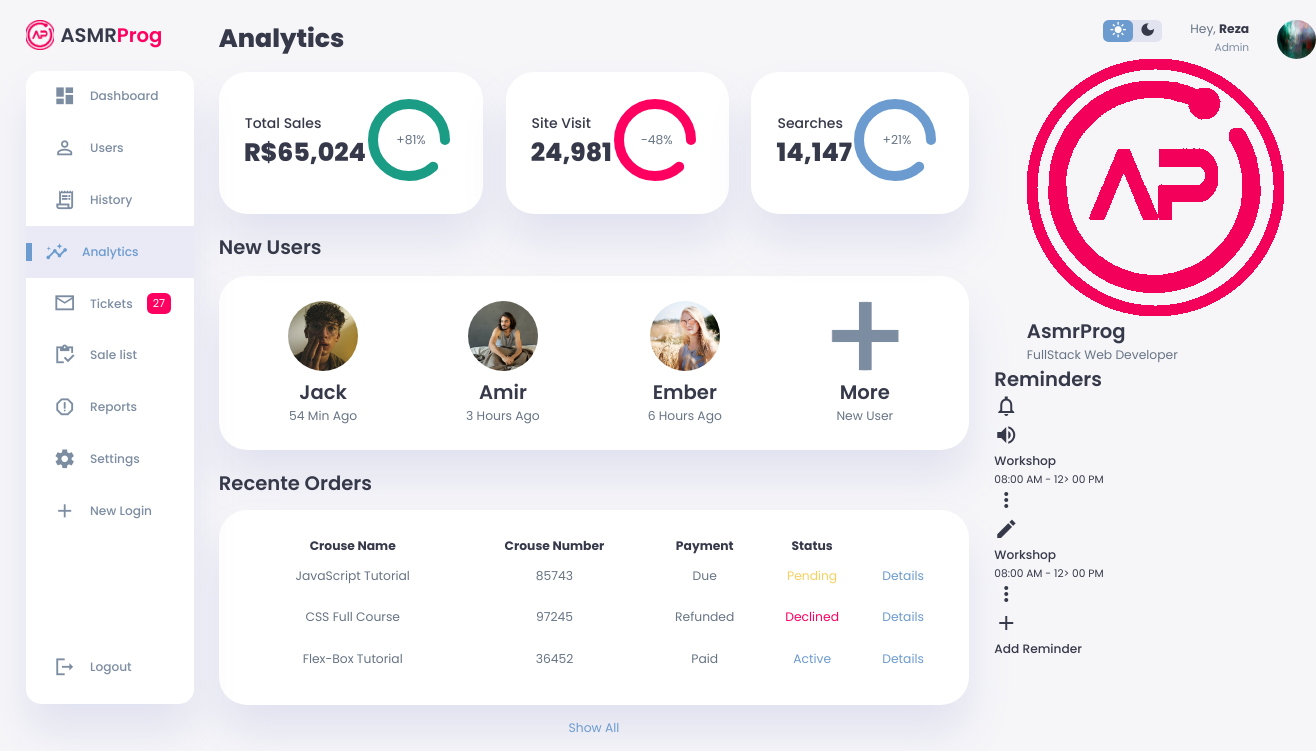
Repository: pheonix5/ProjetosRN-linux
Page: DashBoard/index.html
The author's editor kept a copy of each file at every save. The page is drawn from the files as they stood at one save, then again after the next save.
The browser window is 1280 px wide. The page is 1316 px wide, so the pictures cover 1316 px, including what lies to the right of the window. The pictures show the whole page.

Above is the page before, as saved 2023-08-06 02:56:42.

### DashBoard/index.html
<!DOCTYPE html>
<html lang="pt-br">

<head>
  <meta charset="UTF-8">
  <meta name="viewport" content="width=device-width, initial-scale=1.0">
  <link href="https://fonts.googleapis.com/icon?family=Material+Icons+Sharp" rel="stylesheet">
  <link rel="stylesheet" href="style.css">
  <title>Responsive Dashboard Design #1</title>
</head>

<body>

  <div class="container">
    <!-- Siderbar Section -->
    <aside>
      <div class="toggle">
        <div class="logo">
          <img src="images/logo.png">
          <h2>ASMR<span class="danger">Prog</span></h2>
        </div>
        <div class="close" id="close-btn">
          <span class="material-icons-sharp">
            close
          </span>
        </div>
      </div>

      <div class="sidebar">
        <a href="#">
          <span class="material-icons-sharp">
            dashboard
          </span>
          <h3>Dashboard</h3>
        </a>
        <a href="#">
          <span class="material-icons-sharp">
            person_outline
          </span>
          <h3>Users</h3>
        </a>
        <a href="#">
          <span class="material-icons-sharp">
            receipt_long
          </span>
          <h3>History</h3>
        </a>
        <a href="#" class="active">
          <span class="material-icons-sharp">
            insights
          </span>
          <h3>Analytics</h3>
        </a>
        <a href="#">
          <span class="material-icons-sharp">
            mail_outline
          </span>
          <h3>Tickets</h3>
          <span class="message_count">27</span>
        </a>
        <a href="#">
          <span class="material-icons-sharp">
            inventory
          </span>
          <h3>Sale list</h3>
        </a>
        <a href="#">
          <span class="material-icons-sharp">
            report_gmailerrorred
          </span>
          <h3>Reports</h3>
        </a>
        <a href="#">
          <span class="material-icons-sharp">
            settings
          </span>
          <h3>Settings</h3>
        </a>
        <a href="#">
          <span class="material-icons-sharp">
            add
          </span>
          <h3>New Login</h3>
        </a>
        <a href="#">
          <span class="material-icons-sharp">
            logout
          </span>
          <h3>Logout</h3>
        </a>
      </div>
    </aside>
    <!-- Fim da Seção do Sidebar-->

    <!-- Main Content-->
    <main>
      <h1>Analytics</h1>
      <!-- Analyses -->
      <div class="analyse">
        <div class="sales">
          <div class="status">
            <div class="info">
              <h3>Total Sales</h3>
              <h1>R$65,024</h1>
            </div>
            <div class="progresss">
              <svg>
                <circle cx="38" cy="38" r="36"></circle>
              </svg>
              <div class="percentage">
                <p>+81%</p>
              </div>
            </div>
          </div>
        </div>

        <div class="visits">
          <div class="status">
            <div class="info">
              <h3>Site Visit</h3>
              <h1>24,981</h1>
            </div>
            <div class="progresss">
              <svg>
                <circle cx="38" cy="38" r="36"></circle>
              </svg>
              <div class="percentage">
                <p>-48%</p>
              </div>
            </div>
          </div>
        </div>

        <div class="searches">
          <div class="status">
            <div class="info">
              <h3>Searches</h3>
              <h1>14,147</h1>
            </div>
            <div class="progresss">
              <svg>
                <circle cx="38" cy="38" r="36"></circle>
              </svg>
              <div class="percentage">
                <p>+21%</p>
              </div>
            </div>
          </div>
        </div>
      </div>
      <!-- End Of Analyses -->

      <!--  New Users Section -->
      <div class="new-users">
        <h2>New Users</h2>
        <div class="user-list">
          <div class="user">
            <img src="images/profile-2.jpg">
            <h2>Jack</h2>
            <p>54 Min Ago</p>
          </div>
          <div class="user">
            <img src="images/profile-3.jpg">
            <h2>Amir</h2>
            <p>3 Hours Ago</p>
          </div>
          <div class="user">
            <img src="images/profile-4.jpg">
            <h2>Ember</h2>
            <p>6 Hours Ago</p>
          </div>
          <div class="user">
            <img src="images/plus.png">
            <h2>More</h2>
            <p>New User</p>
          </div>
        </div>
      </div>
      <!-- End of New Users Section -->


      <!-- Recente Orders Table -->
      <div class="recent-orders">
        <h2>Recente Orders</h2>
        <table>
          <thead>
            <tr>
              <th>Crouse Name</th>
              <th>Crouse Number</th>
              <th>Payment</th>
              <th>Status</th>
              <th></th>
            </tr>
          </thead>
          <tbody>

          </tbody>
        </table>
        <a href="#">Show All</a>
      </div>
      <!-- End of Recent Orders -->

    </main>
    <!-- End of Main Content -->

    <!-- Right Section-->
    <div class="right-section">
      <div class="nav">
        <button id="menu-btn">
          <span class="material-icons-sharp">
            menu
          </span>
        </button>
        <div class="dark-mode">
          <span class="material-icons-sharp active">
            light_mode
          </span>
          <span class="material-icons-sharp">
            dark_mode
          </span>
        </div>

        <div class="profile">
          <div class="info">
            <p>Hey, <b>Reza</b></p>
            <small class="text-muted">Admin</small>
          </div>
          <div class="profile-photo">
            <img src="images/profile-1.jpg">
          </div>
        </div>

      </div>
      <!-- End of Nav -->

      <div class="user-profile">
        <div class="logo">
          <img src="images/logo.png">
          <h2>AsmrProg</h2>
          <p>FullStack Web Developer</p>
        </div>
      </div>

      <div class="reminders">
        <div class="header">
          <h2>Reminders</h2>
          <span class="material-icons-sharp">
            notifications_nones
          </span>
        </div>

        <div class="notification">
          <div class="icon">
            <span class="material-icons-sharp">
              volume_up
            </span>
          </div>
          <div class="content">
            <div class="info">
              <h3>Workshop</h3>
              <small class="text_muted">
                08:00 AM - 12> 00 PM
              </small>
            </div>
            <span class="material-icons-sharp">
              more_vert
            </span>
          </div>
        </div>

        <div class="notification deactive">
          <div class="icon">
            <span class="material-icons-sharp">
              edit
            </span>
          </div>
          <div class="content">
            <div class="info">
              <h3>Workshop</h3>
              <small class="text_muted">
                08:00 AM - 12> 00 PM
              </small>
            </div>
            <span class="material-icons-sharp">
              more_vert
            </span>
          </div>
        </div>

        <div class="notification add-reminder">
          <div>
            <span class="material-icons-sharp">
              add
            </span>
            <h3>Add Reminder</h3>
          </div>
        </div>

      </div>
    </div>


  </div>

  <script src="orders.js"></script>
  <script src="index.js"></script>
</body>

</html>

### DashBoard/style.css
@import url('https://fonts.googleapis.com/css2?family=Barlow:ital,wght@0,100;0,200;0,300;0,400;0,500;0,600;0,700;0,800;0,900;1,100;1,200;1,300;1,400;1,500;1,600;1,700;1,800;1,900&family=Poppins:wght@300;400;500;600;700;800&display=swap');

:root{
  --color-primary: #6C9BCF;
    --color-danger: #FF0060;
    --color-success: #1B9C85;
    --color-warning: #F7D060;
    --color-white: #fff;
    --color-info-dark: #7d8da1;
    --color-dark: #363949;
    --color-light: rgba(132, 139, 200, 0.18);
    --color-dark-variant: #677483;
    --color-background: #f6f6f9;

    --card-border-radius: 2rem;
    --border-radius-1: 0.4rem;
    --border-radius-2: 1.2rem;

    --card-padding: 1.8rem;
    --padding-1: 1.2rem;

    --box-shadow: 0 2rem 3rem var(--color-light);
}

.dark-mode-variables{
  --color-background: #181a1e;
    --color-white: #202528;
    --color-dark: #edeffd;
    --color-dark-variant: #a3bdcc;
    --color-light: rgba(0, 0, 0, 0.4);
    --box-shadow: 0 2rem 3rem var(--color-light);
}

*{
  margin: 0;
  padding: 0;
  outline: 0;
  appearance: 0;
  border: 0;
  text-decoration: none;
  box-sizing: border-box;
}

html{
  font-size: 14px;
}

body{
  width: 100vw;
  height: 100vh;
  font-family: 'Poppins', sans-serif;
  font-size: 0.88rem;
  user-select: none;
  overflow-x: hidden;
  color: var(--color-dark);
  background-color: var(--color-background);
}

a{
  color: var(--color-dark);
}

img{
  display: block;
  width: 100%;
  object-fit: cover;
}

h1{
  font-weight: 800;
  font-size: 1.8rem;
}

h2{
  font-weight: 600;
  font-size: 1.4rem;
}

h3{
  font-weight: 500;
  font-size: 0.87rem;
}

small{
  font-size: 0.76rem;
}

p{
  color: var(--color-dark-variant);
}

b{
  color: var(--color-dark);
}

.text-muted{
  color: var(--color-info-dark);
}

.primary{
  color: var(--color-primary);
}

.danger{
  color: var(--color-danger);
}

.sucess{
  color: var(--color-success);
}

.warning{
  color: var(--color-warning);
}

.container{
  display: grid;
  width: 96%;
  margin: 0 auto;
  gap: 1.8rem;
  grid-template-columns: 12rem auto 23rem;
}

aside{
  height: 100vh;
}

aside .toggle{
  display: flex;
  align-items: center;
  justify-content: space-between;
  margin-top: 1.4rem;
}

aside .toggle .logo{
  display: flex;
  gap: 0.5rem;
}

aside .toggle .logo img{
  width: 2rem;
  width: 2rem;
}

aside .toggle .close{
  padding-right: 1rem;
  display: none;
}

aside .sidebar{
  display: flex;
  flex-direction: column;
  background-color: var(--color-white);
  box-shadow: var(--box-shadow);
  border-radius: 15px;
  height: 88vh;
  position: relative;
  top: 1.5rem;
  transition: all 0.3s ease;
}

aside .sidebar:hover{
  box-shadow: none;
}

aside .sidebar a{
  display: flex;
  align-items: center;
  color:  var(--color-info-dark);
  height: 3.7rem;
  gap: 1rem;
  position: relative;
  margin-left: 2rem;
  transition: all 0.3s ease;
}

aside .sidebar a span{
  font-size: 1.6rem;
  transition: all 0.3s ease;
}

aside .sidebar a:last-child{
  position: absolute;
  bottom: 0.8rem;
  width: 100%;
}

aside .sidebar a.active{
  width: 100%;
  color: var(--color-primary);
  background-color: var(--color-light);
  margin-left: 0;
}

aside .sidebar a.active::before{
  content: '';
  width: 6px;
  height: 18px;
  background-color: var(--color-primary);
}

aside .sidebar a.active span{
  color: var(--color-primary);
  margin-left: calc(1rem -3px);
}

aside .sidebar a:hover{
  color: var(--color-primary);
}

aside .sidebar a:hover span{
  margin-left: 0.6rem;
}

aside .sidebar .message_count{
  background-color: var(--color-danger);
  padding: 2px 6px;
  color: var(--color-white);
  font-size: 11px;
  border-radius: var(--border-radius-1);
}

main{
  margin-top: 1.4rem;
}

main .analyse{
  display: grid;
  grid-template-columns: repeat(3, 1fr);
  gap: 1.6rem;
}

main .analyse > div{
  background-color: var(--color-white);
  padding: var(--card-padding);
  border-radius: var(--card-border-radius);
  margin-top: 1rem;
  box-shadow: var(--box-shadow);
  cursor: pointer;
  transition: all 0.3s ease;
}

main .analyse > div:hover{
  box-shadow: none;
}

main .analyse > div .status{
  display: flex;
  align-items: center;
  justify-content: space-between;
}


main .analyse h3{
  margin-left: .06rem;
  font-size: 1rem;
}

main .analyse .progresss{
  position: relative;
  width: 92px;
  height: 92px;
  border-radius: 50%;
}

main .analyse svg{
  width: 7rem;
  height: 7rem;
}

main .analyse svg circle{
  fill: none;
  stroke-width: 10;
  stroke-linecap: round;
  transform: translate(5px, 5px);
}

main .analyse .sales svg circle{
  stroke: var(--color-success);
  stroke-dashoffset: -30;
  stroke-dasharray: 200;
}

main .analyse .visits svg circle{
  stroke: var(--color-danger);
  stroke-dashoffset: -30;
  stroke-dasharray: 200;
}

main .analyse .searches svg circle{
  stroke: var(--color-primary);
  stroke-dashoffset: -30;
  stroke-dasharray: 200;
}

main .analyse .progresss .percentage{
  position: absolute;
  top: -3px;
  left: -1px;
  display: flex;
  align-items: center;
  justify-content: center;
  height: 100%;
  width: 100%;
}

main .new-users{
  margin-top: 1.3rem;
}

main .new-users .user-list{
  background-color: var(--color-white);
  padding: var(--card-padding);
  border-radius: var(--card-border-radius);
  margin-top: 1rem;
  box-shadow: var(--box-shadow);
  display: flex;
  justify-content: space-around;
  flex-wrap: wrap;
  gap: 1.4rem;
  transition: all 0.3s ease;
}

main .new-users .user-list:hover{
  box-shadow: none;
}

main .new-users .user-list .user{
  display: flex;
  flex-direction: column;
  align-items: center;
  justify-content: center;
}

main .new-users .user-list .user img{
  width: 5rem;
  height: 5rem;
  margin-bottom: 0.4rem;
  border-radius: 50%;
}

main .recent-orders{
  margin-top: 1.3rem;
}

main .recent-orders h2{
  margin-bottom: 0.8rem;
}

main .recent-orders table{
  background-color: var(--color-white);
  width: 100%;
  padding: var(--card-padding);
  text-align: center;
  box-shadow: var(--box-shadow);
  border-radius: var(--card-border-radius);
  transition: all 0.3s ease;
}

main .recent-orders table:hover{
  box-shadow: none;
}

main table tbody td{
  height: 2.8rem;
  border-bottom: 1px solid var(--color-white);
  color: var(--color-dark-variant);
}

main table tbody tr:last-child td{
  border: none;
}

main .recent-orders a{
  text-align: center;
  display: block;
  margin: 1rem auto;
  color:  var(--color-primary);
}

.right-section{
  margin-top: 1.4rem;
}

.right-section .nav{
  display: flex;
  justify-content: end;
  gap: 2rem;
}

.right-section .nav button{
  display: none;
}

.right-section .dark-mode{
  background-color: var(--color-light);
  display: flex;
  justify-content: space-between;
  align-items: center;
  height: 1.6rem;
  width: 4.2rem;
  cursor: pointer;
  border-radius: var(--border-radius-1);
}

.right-section .dark-mode span{
  font-size: 1.2rem;
  width: 50%;
  height: 100%;
  display: flex;
  align-items: center;
  justify-content: center;
}

.right-section .dark-mode span.active{
  background-color: var(--color-primary);
  color: white;
  border-radius: var(--border-radius-1);
}

.right-section .nav .profile{
  display: flex;
  gap: 2rem;
  text-align: right;
}
.right-section .nav .profile .profile-photo{
  width: 2.8rem;
  height: 2.8rem;
  border-radius: 50%;
  overflow: hidden;
}

.right-section .user-profile{
  display: flex;
  justify-content: center;
}

### DashBoard/orders.js
const Orders = [
  {
    productName: 'JavaScript Tutorial',
    productNumber: '85743',
    paymentStatus: 'Due',
    status: 'Pending'
  },
  {
    productName: 'CSS Full Course',
    productNumber: '97245',
    paymentStatus: 'Refunded',
    status: 'Declined'
  },
  {
    productName: 'Flex-Box Tutorial',
    productNumber: '36452',
    paymentStatus: 'Paid',
    status: 'Active'
  },
]

### DashBoard/index.js
Orders.forEach(order => {
  const tr = document.createElement('tr');
  const trContent = `
    <td>${order.productName}</td>
    <td>${order.productNumber}</td>
    <td>${order.paymentStatus}</td>
    <td class="${order.status === 'Declined' ? 'danger' : order.status === 'Pending' ? 'warning' : 'primary'}">${order.status}</td>
    <td class="primary">Details</td>
  ` ;
  tr.innerHTML = trContent;
  document.querySelector('table tbody').appendChild(tr)
})

After the next save:
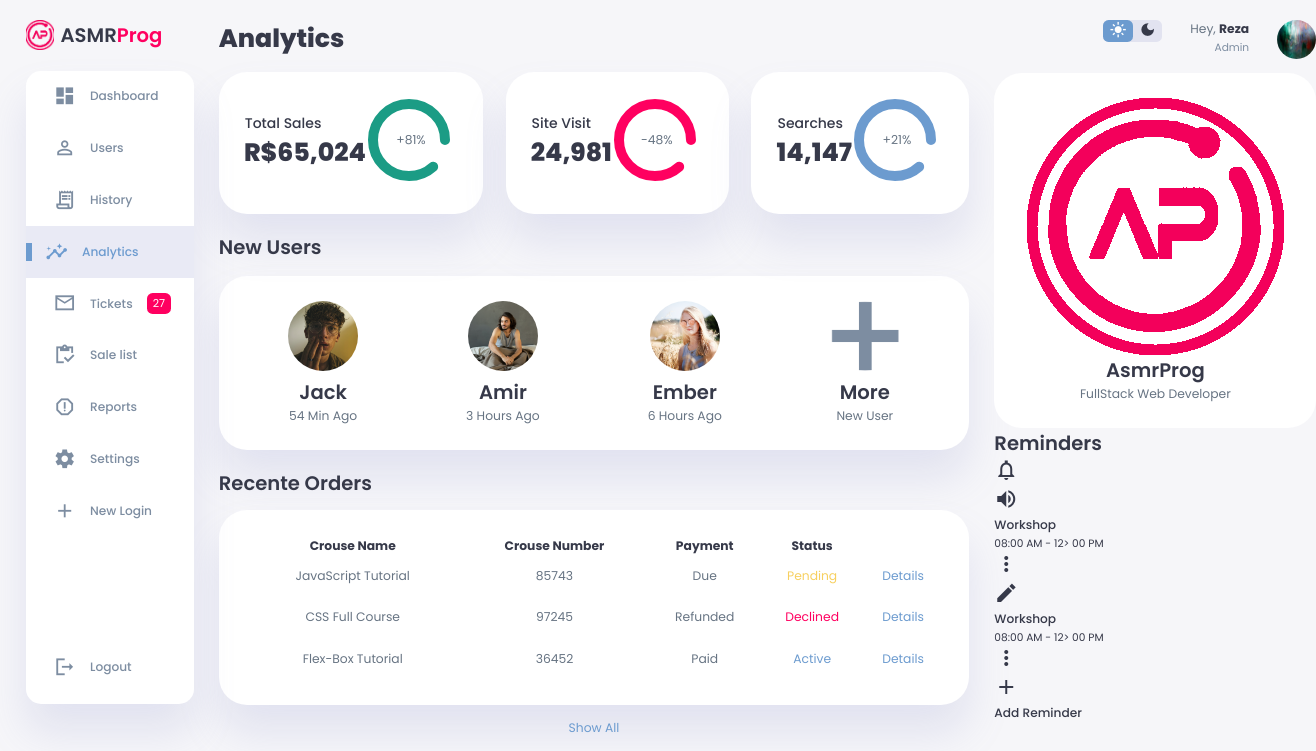
Saved 37 s later.
--- a/DashBoard/style.css
+++ b/DashBoard/style.css
@@ -433,4 +433,9 @@ main .recent-orders a{
 .right-section .user-profile{
   display: flex;
   justify-content: center;
-}
+  text-align: center;
+  margin-top: 1rem;
+  background-color: var(--color-white);
+  padding:  var(--card-padding);
+  border-radius: var(--card-border-radius);
+}
